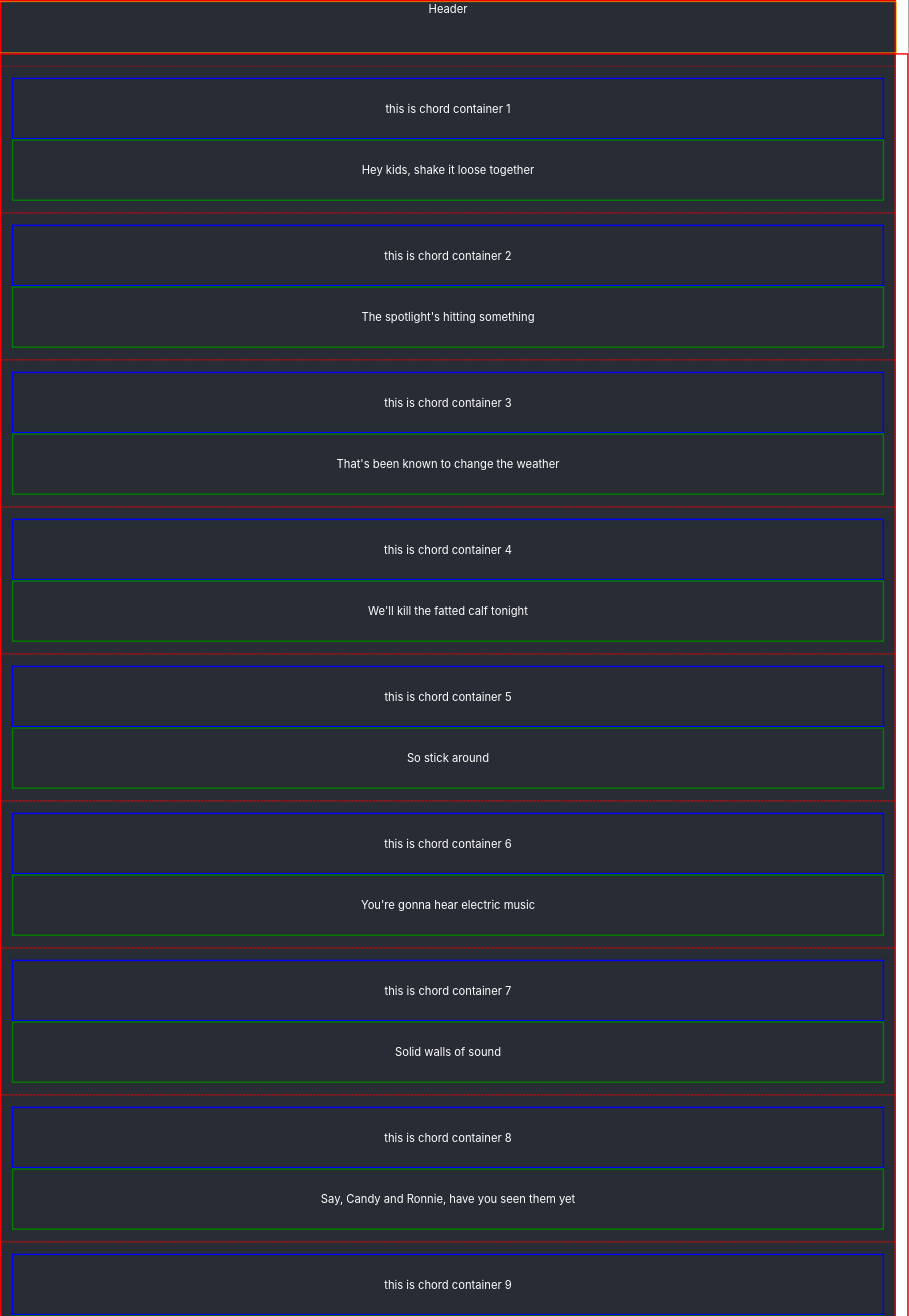
Repository: mattnoth/easy-nash-tab
Page: /
The author's editor kept a copy of each file at every save. The page is drawn from the files as they stood at one save, then again after the next save.
The browser window is 1280 px wide. The page is 1298 px wide, so the pictures cover 1298 px, including what lies to the right of the window. The pictures show the part of the page from y = 0 to 1880 px (the page is 9354 px tall before and 9442 px after), at 70% of full size.
The project was rebuilt for these pictures with package versions that can differ from the ones it lists, and the page was loaded fresh each time.

Above is the page before, as saved 2022-08-07 14:34:12.

After the next save:
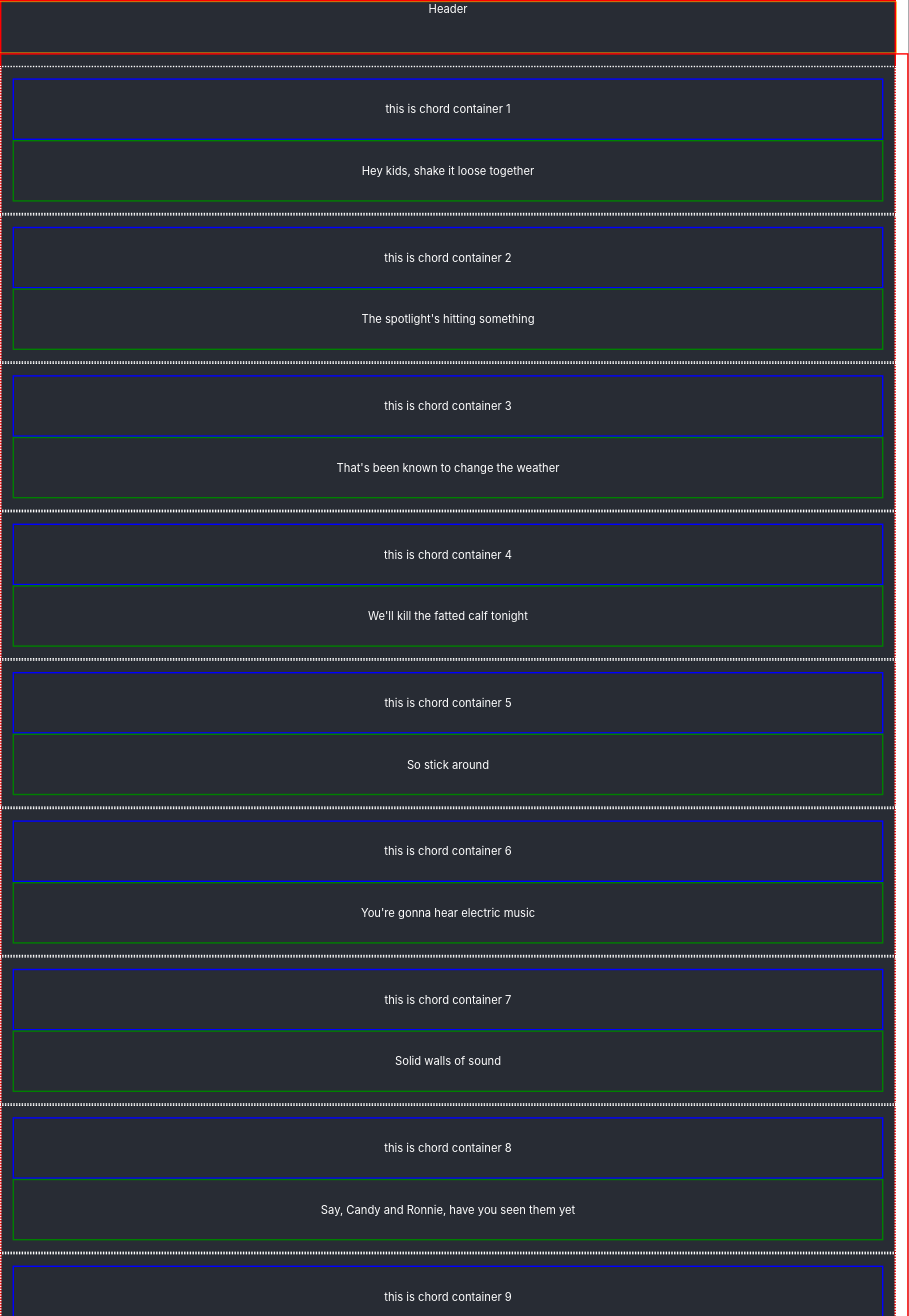
Saved 11 s later.
--- a/src/components/MainContainers/mainContainerStyles.css
+++ b/src/components/MainContainers/mainContainerStyles.css
@@ -7,7 +7,7 @@
 }
 
 .oneLine {
-    border: 1px dotted red;
+    border: 2px dotted white;
     padding: 1rem;
 }
 
